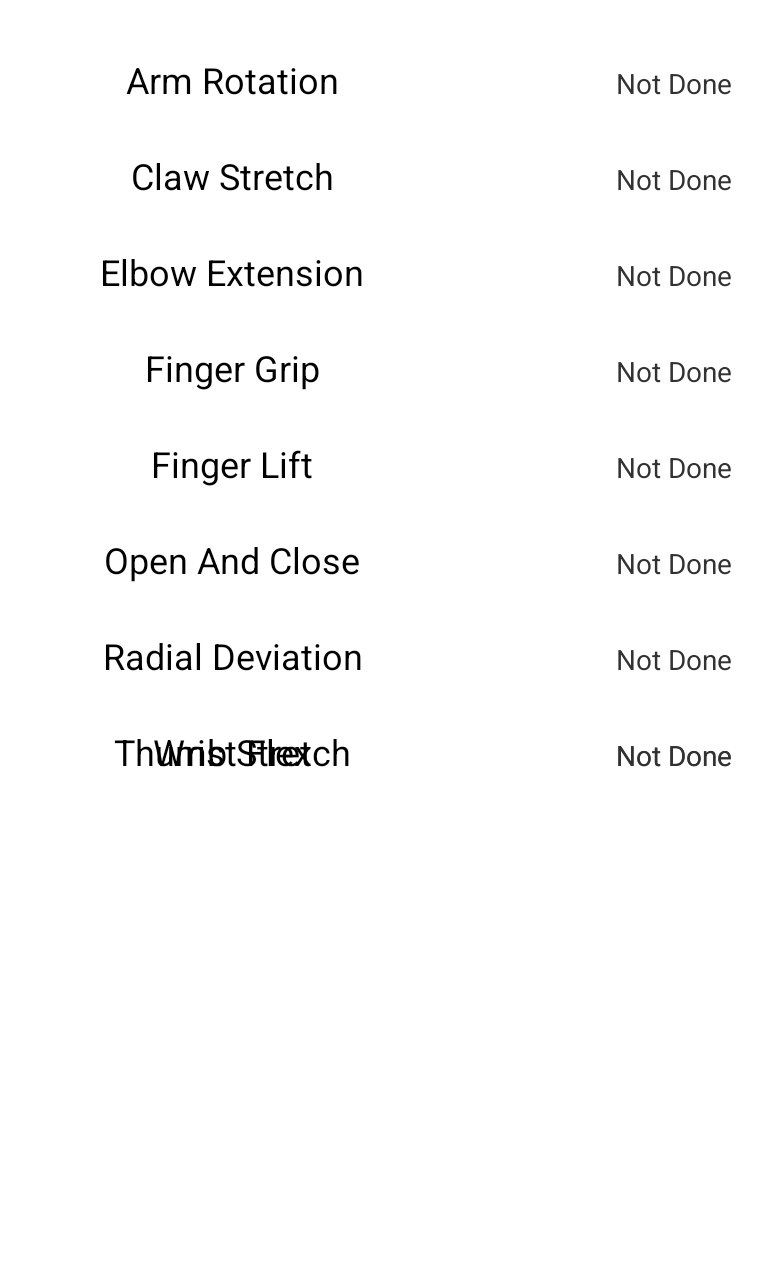
Repository: zi-yang-zhang/ECSE424-Group8
Layout: Hi Fi Prototype/ReHand/ReHand/res/layout/activity_details_page.xml
The author's editor kept a copy of each file at every save. The layout is drawn from the files as they stood at one save, then again after the next save.
It is drawn on a 768 x 1280 px phone screen (xhdpi) without system bars, with theme AppTheme; the app's code is not run.

Above is the layout before, as saved 2014-02-20 02:44:59.

### Hi Fi Prototype/ReHand/ReHand/res/layout/activity_details_page.xml
<RelativeLayout xmlns:android="http://schemas.android.com/apk/res/android"
    xmlns:tools="http://schemas.android.com/tools"
    android:layout_width="match_parent"
    android:layout_height="match_parent"
    android:paddingBottom="@dimen/activity_vertical_margin"
    android:paddingLeft="@dimen/activity_horizontal_margin"
    android:paddingRight="@dimen/activity_horizontal_margin"
    android:paddingTop="@dimen/activity_vertical_margin"
    tools:context=".ElbowExtensionPage" >

    <Button
        android:id="@+id/button4"
        android:layout_width="200dp"
        android:layout_height="wrap_content"
        android:layout_alignleft="@+id/button7"
        android:layout_below="@+id/button9"
        style="?android:attr/borderlessButtonStyle"
        android:text="@string/exercise_text_wrist_flex" />

    <TextView
        android:id="@+id/ArmRotationProgress"
        android:layout_width="60dp"
        android:layout_height="wrap_content"
        android:layout_alignBaseline="@+id/button1"
        android:layout_alignBottom="@+id/button1"
        android:layout_alignParentRight="true"
        android:text="@string/progress_arm_rotation"
        android:textAppearance="?android:attr/textAppearanceSmall" />

    <TextView
        android:id="@+id/ClawStretchProgress"
        android:layout_width="60dp"
        android:layout_height="wrap_content"
        android:layout_alignBaseline="@+id/button5"
        android:layout_alignBottom="@+id/button5"
        android:layout_alignLeft="@+id/ArmRotationProgress"
        android:text="@string/progress_claw_stretch"
        android:textAppearance="?android:attr/textAppearanceSmall" />

    <TextView
        android:id="@+id/ElbowExtensionProgress"
        android:layout_width="60dp"
        android:layout_height="wrap_content"
        android:layout_alignBaseline="@+id/button6"
        android:layout_alignBottom="@+id/button6"
        android:layout_alignParentRight="true"
        android:text="@string/progress_elbow_extension"
        android:textAppearance="?android:attr/textAppearanceSmall" />

    <TextView
        android:id="@+id/FingerGripProgress"
        android:layout_width="60dp"
        android:layout_height="wrap_content"
        android:layout_alignBaseline="@+id/button7"
        android:layout_alignBottom="@+id/button7"
        android:layout_alignLeft="@+id/ElbowExtensionProgress"
        android:text="@string/progress_finger_grip"
        android:textAppearance="?android:attr/textAppearanceSmall" />

    <TextView
        android:id="@+id/FingerLiftProgress"
        android:layout_width="60dp"
        android:layout_height="wrap_content"
        android:layout_alignBaseline="@+id/button2"
        android:layout_alignBottom="@+id/button2"
        android:layout_alignLeft="@+id/FingerGripProgress"
        android:text="@string/progress_finger_lift"
        android:textAppearance="?android:attr/textAppearanceSmall" />

    <TextView
        android:id="@+id/WristFlexProgress"
        android:layout_width="60dp"
        android:layout_height="wrap_content"
        android:layout_alignBaseline="@+id/button4"
        android:layout_alignBottom="@+id/button4"
        android:layout_alignLeft="@+id/ThumbStretchProgress"
        android:text="@string/progress_wrist_flex"
        android:textAppearance="?android:attr/textAppearanceSmall" />

    <TextView
        android:id="@+id/ThumbStretchProgress"
        android:layout_width="60dp"
        android:layout_height="wrap_content"
        android:layout_alignBaseline="@+id/button3"
        android:layout_alignBottom="@+id/button3"
        android:layout_alignLeft="@+id/RadialDeviationProgress"
        android:text="@string/progress_thumb_stretch"
        android:textAppearance="?android:attr/textAppearanceSmall" />

    <TextView
        android:id="@+id/RadialDeviationProgress"
        android:layout_width="60dp"
        android:layout_height="wrap_content"
        android:layout_alignBaseline="@+id/button9"
        android:layout_alignBottom="@+id/button9"
        android:layout_alignLeft="@+id/FingerLiftProgress"
        android:text="@string/progress_radial_deviation"
        android:textAppearance="?android:attr/textAppearanceSmall" />

    <TextView
        android:id="@+id/OpenAndCloseProgress"
        android:layout_width="60dp"
        android:layout_height="wrap_content"
        android:layout_alignBaseline="@+id/button8"
        android:layout_alignBottom="@+id/button8"
        android:layout_alignLeft="@+id/FingerLiftProgress"
        android:text="@string/progress_open_and_close"
        android:textAppearance="?android:attr/textAppearanceSmall" />

    <Button
        android:id="@+id/button1"
        style="?android:attr/borderlessButtonStyle"
        android:layout_width="200dp"
        android:layout_height="wrap_content"
        android:layout_alignLeft="@+id/button5"
        android:layout_alignParentTop="true"
        android:text="@string/exercise_text_arm_rotation" />

    <Button
        android:id="@+id/button6"
        style="?android:attr/borderlessButtonStyle"
        android:layout_width="200dp"
        android:layout_height="wrap_content"
        android:layout_below="@+id/button5"
        android:layout_alignLeft="@+id/button7"
        android:text="@string/exercise_text_elbow_extension" />

    <Button
        android:id="@+id/button7"
        style="?android:attr/borderlessButtonStyle"
        android:layout_width="200dp"
        android:layout_height="wrap_content"
        android:layout_below="@+id/button6"
        android:layout_alignLeft="@+id/button2"
        android:text="@string/exercise_text_finger_grip" />

    <Button
        android:id="@+id/button2"
        style="?android:attr/borderlessButtonStyle"
        android:layout_width="200dp"
        android:layout_height="wrap_content"
        android:layout_below="@+id/button7"
        android:layout_alignLeft="@+id/button8"
        android:text="@string/exercise_text_finger_lift" />

    <Button
        android:id="@+id/button8"
        style="?android:attr/borderlessButtonStyle"
        android:layout_width="200dp"
        android:layout_height="wrap_content"
        android:layout_below="@+id/button2"
        android:layout_alignLeft="@+id/button9"
        android:text="@string/exercise_text_open_and_close" />

    <Button
        android:id="@+id/button9"
        style="?android:attr/borderlessButtonStyle"
        android:layout_width="200dp"
        android:layout_height="wrap_content"
        android:layout_below="@+id/button8"
        android:layout_alignLeft="@+id/button3"
        android:text="@string/exercise_text_radial_deviation" />

    <Button
        android:id="@+id/button3"
        style="?android:attr/borderlessButtonStyle"
        android:layout_width="200dp"
        android:layout_height="wrap_content"
        android:layout_below="@+id/button9"
        android:layout_alignLeft="@+id/button4"
        android:text="@string/exercise_text_thumb_stretch" />

    <Button
        android:id="@+id/button5"
        style="?android:attr/borderlessButtonStyle"
        android:layout_width="200dp"
        android:layout_height="wrap_content"
        android:layout_below="@+id/button1"
        android:layout_alignLeft="@+id/button6"
        android:text="@string/exercise_botton_text_claw_stretch" />

</RelativeLayout>

### Hi Fi Prototype/ReHand/ReHand/res/values/strings.xml
<?xml version="1.0" encoding="utf-8"?>
<resources>

    <string name="app_name">ReHand</string>
    <string name="action_settings">Settings</string>
    <string name="hello_world">Hello world!</string>
    <string name="greeting_words">Welcome To ReHand</string>
    <string name="touch_screen_instructions">Tap on either button to continue</string>
    <string name="sign_up">Sign Up now!</string>
    <string name="log_in">Log In!</string>
    <string name="title_activity_home_page">HomePage</string>
    <string name="greeting_home_page">Welcome Back!</string>
    <string name="exercises">Exercises</string>
    <string name="schedule">Schedule</string>
    <string name="title_activity_exercise_list_page">ExerciseListPage</string>
    <string name="title_activity_schedule_page">SchedulePage</string>
    <string name="exercise_botton_text_claw_stretch">Claw Stretch</string>
    <string name="title_activity_claw_stretch_page">ClawStretchPage</string>
    <string name="exercise_level_text">"Level: "</string>
    <string name="claw_stretch_level">I</string>
    <string name="exercise_botton_schedule">Schedule</string>
    <string name="exercise_tutorial_check_box">Show Tutorial?</string>
    <string name="exercise_start_botton_text">Start!</string>
    <string name="title_activity_claw_stretch_exercise">ClawStretchExercise</string>
    <string name="test_end_game">End Game</string>
    <string name="title_activity_claw_stretch_tutorial_page">ClawStretchTutorialPage</string>
    <string name="title_activity_claw_stretch_result">ClawStretchResult</string>
    <string name="exercise_text_arm_rotation">Arm Rotation</string>
    <string name="excercise_text_elbow_extension">Elbow Extension</string>
    <string name="arm_rotation_level">I</string>
    <string name="elbow_extension_level">I</string>
    <string name="exercise_text_finger_grip">Finger Grip</string>
    <string name="finger_grip_level">I</string>
    <string name="exercise_text_open_and_close">Open And Close</string>
    <string name="open_and_close_level">I</string>
    <string name="exercise_text_finger_lift">Finger Lift</string>
    <string name="finger_lift_level">I</string>
    <string name="exercise_text_radial_deviation">Radial Deviation</string>
    <string name="wrist_flex_level">I</string>
    <string name="exercise_text_wrist_flex">Wrist Flex</string>
    <string name="exercise_text_thumb_stretch">Thumb Stretch</string>
    <string name="thumb_stretch_level">I</string>
    <string name="radial_deviation_level">I</string>
    <string name="tutorial_text">tutorial</string>
    <string name="exercise_text_elbow_extension">Elbow Extension</string>
    <string name="title_activity_arm_rotation_exercise">ArmRotationExercise</string>
    <string name="title_activity_arm_rotation_page">ArmRotationPage</string>
    <string name="title_activity_arm_rotation_result">ArmRotationResult</string>
    <string name="title_activity_arm_rotation_tutorial_page">ArmRotationTutorialPage</string>
    <string name="title_activity_elbow_extension_exercise">ElbowExtensionExercise</string>
    <string name="title_activity_elbow_extension_page">ElbowExtensionPage</string>
    <string name="title_activity_elbow_extension_result">ElbowExtensionResult</string>
    <string name="title_activity_elbow_extension_tutorial_page">ElbowExtensionTutorialPage</string>
    <string name="title_activity_finger_grip_exercise">FingerGripExercise</string>
    <string name="title_activity_finger_grip_page">FingerGripPage</string>
    <string name="title_activity_finger_grip_result">FingerGripResult</string>
    <string name="title_activity_finger_grip_tutorial_page">FingerGripTutorialPage</string>
    <string name="title_activity_finger_lift_exercise">FingerLiftExercise</string>
    <string name="title_activity_finger_lift_page">FingerLiftPage</string>
    <string name="title_activity_finger_lift_result">FingerLiftResult</string>
    <string name="title_activity_finger_lift_tutorial_page">FingerLiftTutorialPage</string>
    <string name="title_activity_open_and_close_exercise">OpenAndCloseExercise</string>
    <string name="title_activity_open_and_close_page">OpenAndClosePage</string>
    <string name="title_activity_open_and_close_result">OpenAndCloseResult</string>
    <string name="title_activity_open_and_close_tutorial_page">OpenAndCloseTutorialPage</string>
    <string name="title_activity_radial_deviation_exercise">RadialDeviationExercise</string>
    <string name="title_activity_radial_deviation_page">RadialDeviationPage</string>
    <string name="title_activity_radial_deviation_result">RadialDeviationResult</string>
    <string name="title_activity_radial_deviation_tutorial_page">RadialDeviationTutorialPage</string>
    <string name="title_activity_thumb_stretch_exercise">ThumbStretchExercise</string>
    <string name="title_activity_thumb_stretch_page">ThumbStretchPage</string>
    <string name="title_activity_thumb_stretch_result">ThumbStretchResult</string>
    <string name="title_activity_thumb_stretch_tutorial_page">ThumbStretchTutorialPage</string>
    <string name="title_activity_wrist_flex_exercise">WristFlexExercise</string>
    <string name="title_activity_wrist_flex_page">WristFlexPage</string>
    <string name="title_activity_wrist_flex_result">WristFlexResult</string>
    <string name="title_activity_wrist_flex_tutorial_page">WristFlexTutorialPage</string>
    <string name="result_text_this_time">This Time:</string>
    <string name="result_text_personal_best">Personal Best:</string>
    <string name="result_exercises_button_text">Exercises</string>
    <string name="progress">Progress</string>
    <string name="progress_text_title">Progress</string>
    <string name="progress_text_view_details">View Details</string>
    <string name="title_activity_progress_page">ProgressPage</string>
    <string name="title_activity_details_page">DetailsPage</string>
    <string name="progress_arm_rotation">Not Done</string>
    <string name="progress_claw_stretch">Not Done</string>
    <string name="progress_elbow_extension">Not Done</string>
    <string name="progress_finger_grip">Not Done</string>
    <string name="progress_finger_lift">Not Done</string>
    <string name="progress_open_and_close">Not Done</string>
    <string name="progress_radial_deviation">Not Done</string>
    <string name="progress_thumb_stretch">Not Done</string>
    <string name="progress_wrist_flex">Not Done</string>

</resources>

Loaded but not shown: Hi Fi Prototype/ReHand/ReHand/res/values/styles.xml (common file); Hi Fi Prototype/ReHand/ReHand/res/values-v11/styles.xml (common file); Hi Fi Prototype/ReHand/ReHand/res/values-v14/styles.xml (common file); Hi Fi Prototype/ReHand/ReHand/res/values/dimens.xml (common file)

After the next save:
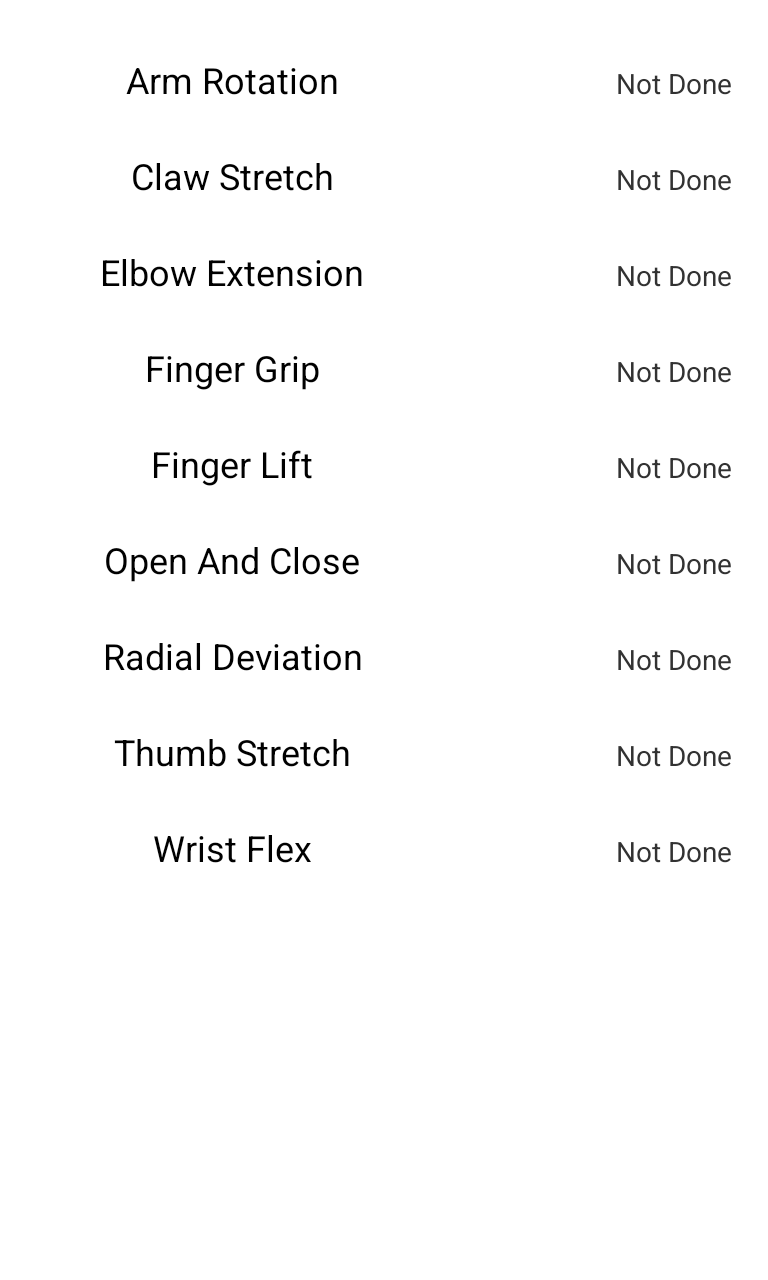
Saved 11 s later.
--- a/Hi Fi Prototype/ReHand/ReHand/res/layout/activity_details_page.xml
+++ b/Hi Fi Prototype/ReHand/ReHand/res/layout/activity_details_page.xml
@@ -13,7 +13,7 @@
         android:layout_width="200dp"
         android:layout_height="wrap_content"
         android:layout_alignleft="@+id/button7"
-        android:layout_below="@+id/button9"
+        android:layout_below="@+id/button3"
         style="?android:attr/borderlessButtonStyle"
         android:text="@string/exercise_text_wrist_flex" />
 
